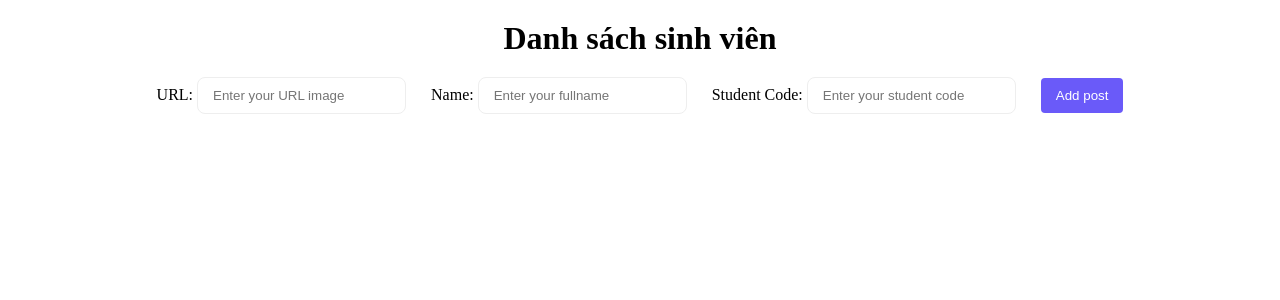
Repository: doquang195/demo-api
Page: indext.html
An editor plug-in stored every save of this project. The page is shown before and after the next save, followed by the edit.
The browser window is 1280 px wide. The pictures show the whole page.
The page's requests for data from a server got no answer.

Above is the page before, as saved 2023-10-04 22:24:45.

After the next save:
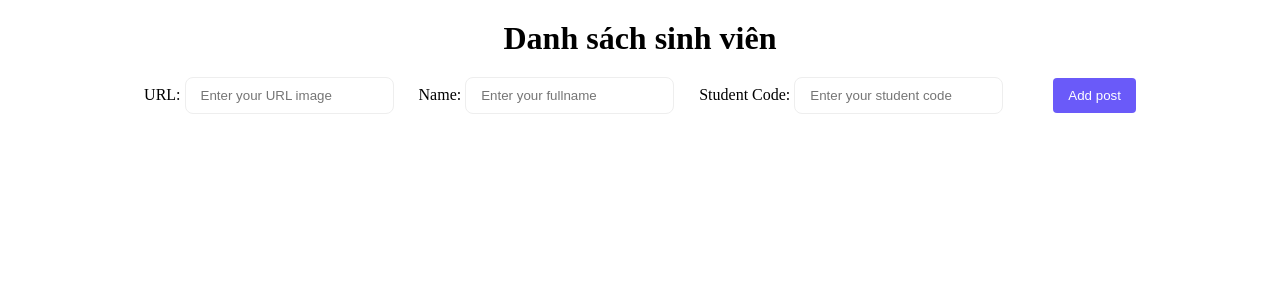
Saved 48 s later.
--- a/indext.html
+++ b/indext.html
@@ -33,7 +33,9 @@
                     placeholder="Enter your student code"
                 />
             </div>
+            <div class="course-list">
 
+            </div>
             <button type="submit">Add post</button>
         </form>
         <script src="./app.js"></script>
